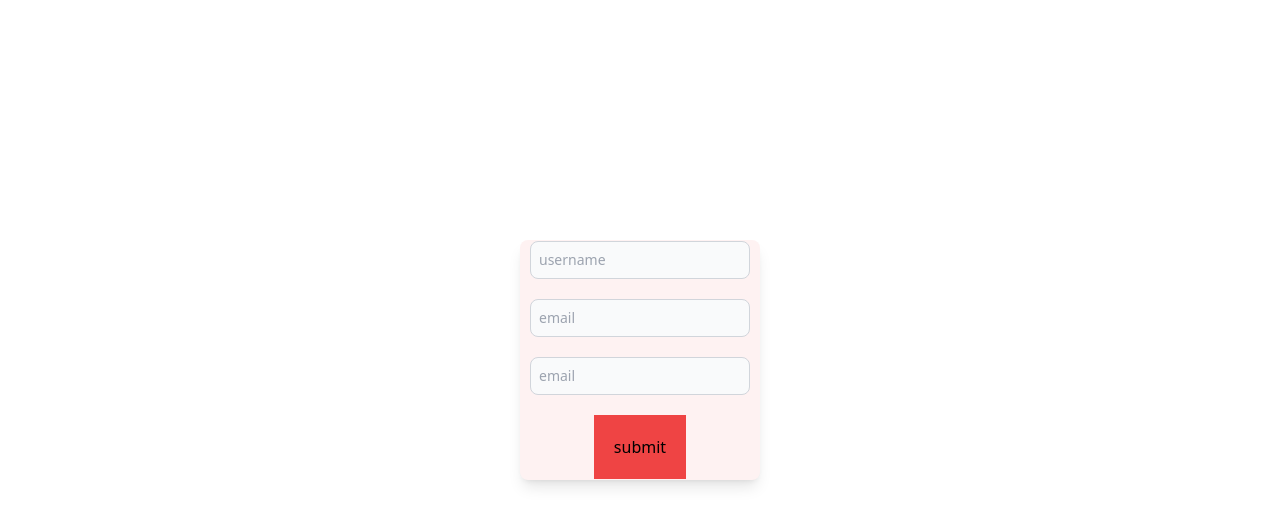
Repository: Emy-gold/alx-fe-reactjs
Page: / (app in form-handling-react/)
These files come from the project's save history. The page is drawn as it stood at one moment and after the next save; the edit follows.
The browser window is 1280 px wide. The pictures show the whole page.
The project was rebuilt for these pictures with package versions that can differ from the ones it lists, and the page was loaded fresh each time. Also part of the build but not shown: form-handling-react/vite.config.js.

Above is the page before, as saved 2025-08-22 21:58:47.

After the next save:
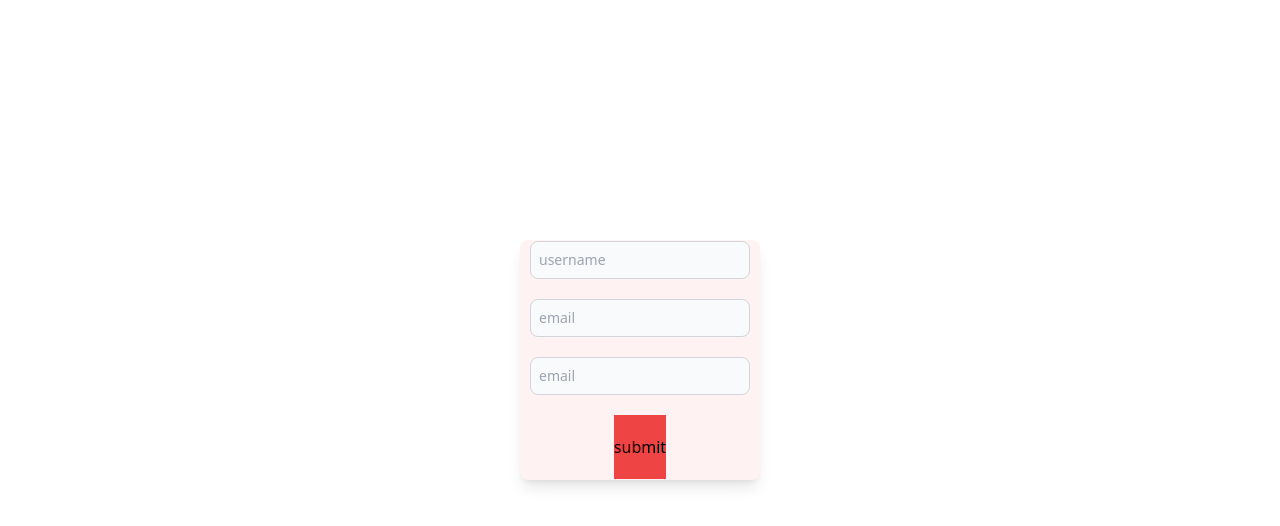
Saved 7 s later.
--- a/form-handling-react/src/components/RegistrationForm.jsx
+++ b/form-handling-react/src/components/RegistrationForm.jsx
@@ -42,7 +42,7 @@ function RegistrationForm() {
                     placeholder='email'
                     className='bg-gray-50 border border-gray-300 text-gray-900 text-sm p-2 rounded-lg mb-5'
                 />
-                <button type='submit' className='bg-red-500 p-5'>submit</button>
+                <button type='submit' className='bg-red-500 py-5'>submit</button>
             </form>
         </div>
     )
